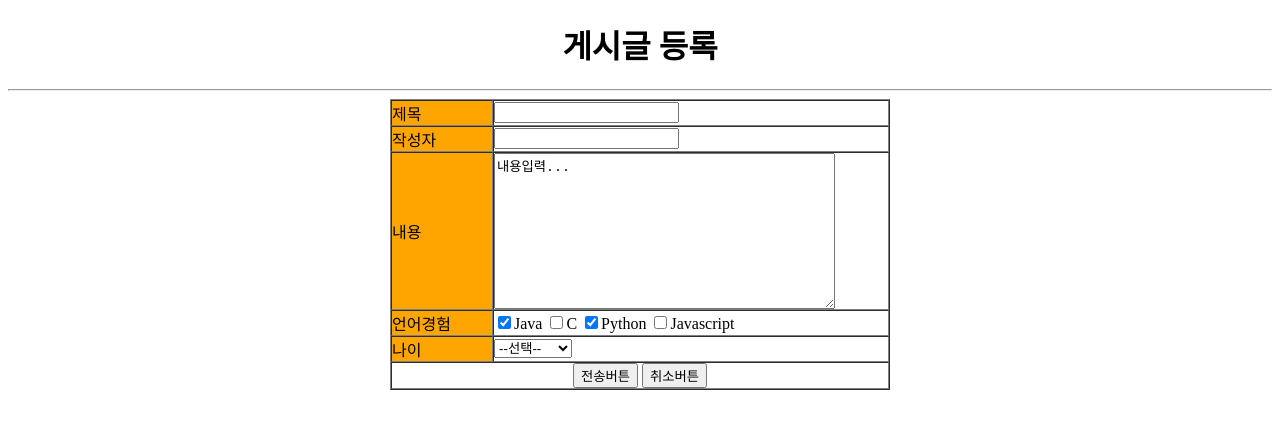
Repository: serim53/JSPStudy
Page: BoardWeb(JSP)/src/main/webapp/insertBoard.html
An editor plug-in stored every save of this project. The page is shown before and after the next save, followed by the edit.
The browser window is 1280 px wide. The pictures show the whole page.

Above is the page before, as saved 2025-07-08 06:44:09.

After the next save:
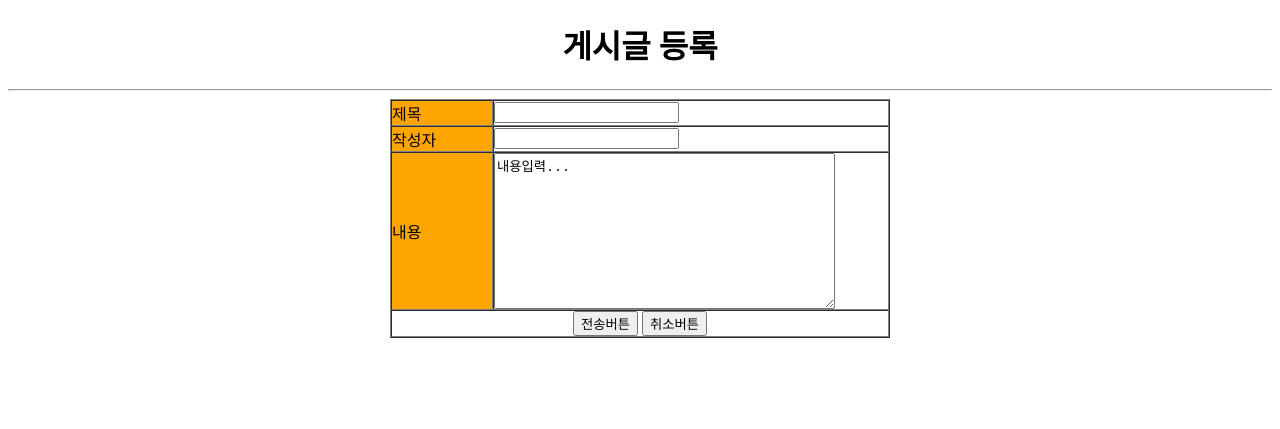
Saved 13 s later.
--- a/BoardWeb(JSP)/src/main/webapp/insertBoard.html
+++ b/BoardWeb(JSP)/src/main/webapp/insertBoard.html
@@ -22,29 +22,6 @@
 	<tr>
 		<td bgcolor="orange">내용</td>
 		<td><textarea name="content" rows="10" cols="40">내용입력...</textarea></td>
-	</tr>
-	<tr>
-		<td bgcolor="orange">언어경험</td>
-		<td>
-			<input name="languages" value="Java" type="checkbox" checked/>Java
-		    <input name="languages" value="C" type="checkbox"/>C
-		    <input name="languages" value="Python" type="checkbox" checked/>Python
-		    <input name="languages" value="Javascript" type="checkbox"/>Javascript
-		</td>
-	</tr>
-	<tr>
-		<td bgcolor="orange">나이</td>
-		<td>
-			<select name="age">
-				<option>--선택--
-				<option>10대
-				<option>20대
-				<option>30대
-				<option>40대
-				<option>50대
-				<option>60대 이상
-		  </select>
-		</td>
 	</tr>
 	<tr>
 		<td colspan="2" align="center">
